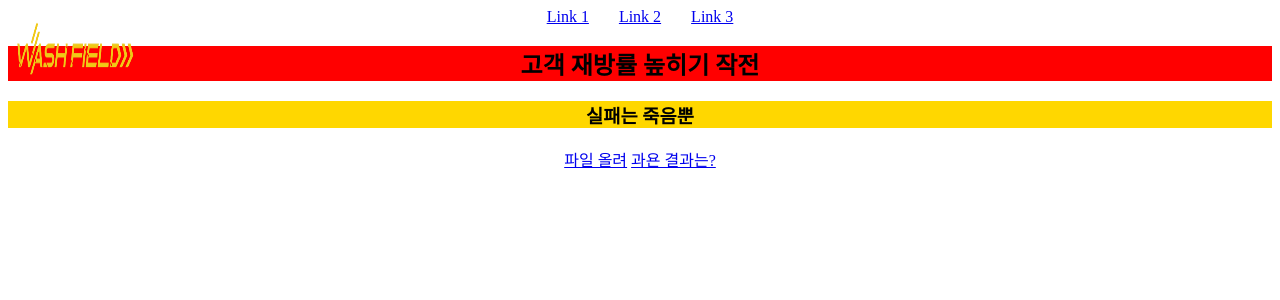
Repository: leeenzang/realmo
Page: http://localhost/mainpage/
These files come from the project's save history. The page is drawn as it stood at one moment and after the next save; the edit follows.
The browser window is 1280 px wide. The pictures show the whole page.
The page is served by the project's application, run on Django 4.2 (manage.py).

Above is the page before, as saved 2023-08-22 21:03:15.

After the next save:
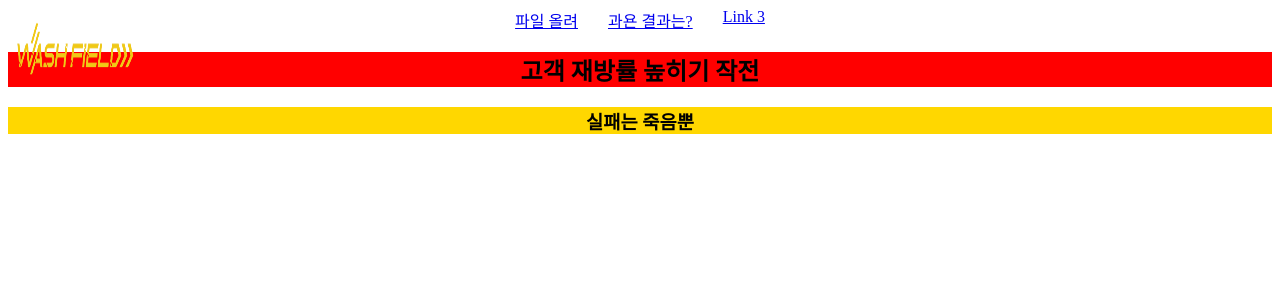
Saved 115 s later.
--- a/mainpage/templates/mainpage/home.html
+++ b/mainpage/templates/mainpage/home.html
@@ -11,15 +11,13 @@
     <!-- Navigation Bar -->
     <nav>
         <ul style="list-style-type: none; display: flex; justify-content: center; padding: 0;">
-            <li style="margin: 0 15px;"><a href="#link1">Link 1</a></li>
-            <li style="margin: 0 15px;"><a href="#link2">Link 2</a></li>
+            <li style="margin: 0 15px;"><a href="{% url 'visit:upload_csv' %}">파일 올려</a></li>
+            <li style="margin: 0 15px;"><a href="{% url 'analytics:revisit_rate' %}">과욘 결과는?</a></li>
             <li style="margin: 0 15px;"><a href="#link3">Link 3</a></li>
         </ul>
     </nav>
 
     <h2 style="background-color: red;">고객 재방률 높히기 작전</h2>
     <h3 style="background-color: #FFD700;">실패는 죽음뿐</h3>
-    <a href="{% url 'visit:upload_csv' %}" class="custom-btn">파일 올려</a>
-    <a href="{% url 'analytics:revisit_rate' %}" class="custom-btn">과욘 결과는?</a>
 </div>
 {% endblock %}
